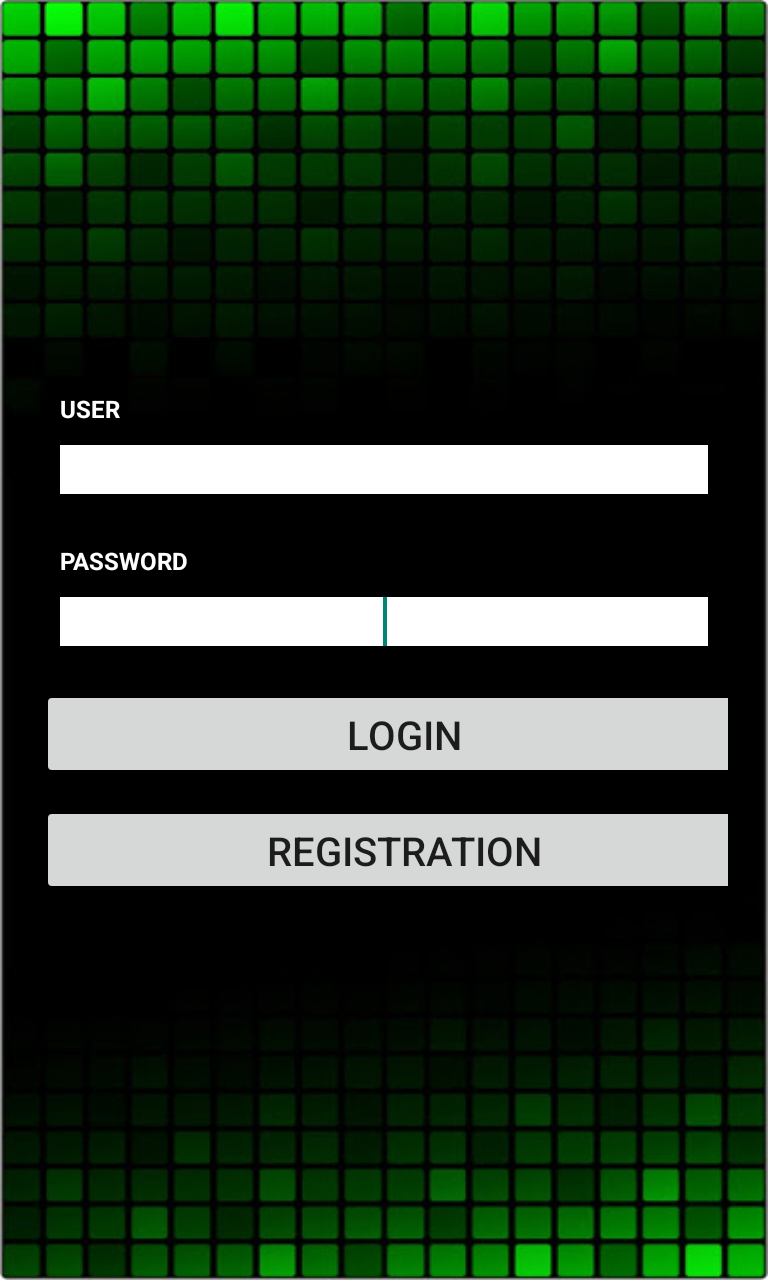
Repository: sebastianR1001/GeoApplication
Layout: GeoApplication/res/layout/login_fullscreen.xml
These files come from the project's save history. The layout is drawn as it stood at one moment and after the next save; the edit follows.
It is drawn on a 768 x 1280 px phone screen (xhdpi) without system bars, with theme AppTheme; the app's code is not run.

Above is the layout before, as saved 2014-10-31 23:19:31.

### GeoApplication/res/layout/login_fullscreen.xml
<FrameLayout xmlns:android="http://schemas.android.com/apk/res/android"
    xmlns:tools="http://schemas.android.com/tools"
    android:layout_width="match_parent"
    android:layout_height="match_parent"
    android:background="@drawable/tlo"
    tools:context="geo.geoapplication.LoginActivity" >

   <TextView
        android:layout_width="match_parent"
        android:layout_height="match_parent"
        android:gravity="center"
        android:keepScreenOn="true"
        android:textSize="50sp"
        android:textStyle="bold" />


   <TableLayout
        android:layout_width="wrap_content"
        android:layout_height="wrap_content"
        android:layout_gravity="center"
        android:orientation="vertical"
        android:layout_marginLeft="10dp"
        android:layout_marginRight="10dp"  >

        <TableRow
            android:id="@+id/tableRow1"
            android:layout_width="wrap_content"
            android:layout_height="wrap_content"
            >
            <LinearLayout
		        android:id="@+id/userLayout"
		        style="?metaButtonBarStyle"
		        android:layout_width="wrap_content"
		        android:layout_height="wrap_content"
		        android:layout_weight="5"
		        android:layout_marginLeft="10dp"
		        android:layout_marginRight="10dp"
		        android:background="@color/black_overlay"
		        android:orientation="vertical"
		        tools:ignore="UselessParent" >

			    <TextView
			        android:layout_width="match_parent"
			        android:layout_height="match_parent"
			        android:layout_marginTop="5dp"
			        android:layout_marginLeft="10dp"
			        android:text="@string/userText"
			        android:id="@+id/userText"
			        android:textColor="#ffffff"
			        android:textSize="12sp"
			        android:textStyle="bold" />

			    <EditText
			       android:id="@+id/userValue"
			       android:layout_width="match_parent"
			       android:layout_height="wrap_content"
			       android:gravity="center"
			       android:background="@color/white_overlay"
			       android:layout_marginRight="10dp"
		           android:layout_marginLeft="10dp"
			       android:layout_marginTop="10dp"
			       android:layout_marginBottom="10dp"
			       android:textColor="#000000"
			       android:ems="20" >

       				<requestFocus />
   				</EditText>
	        </LinearLayout>
        </TableRow>

        <TableRow
            android:id="@+id/tableRow2"
            android:layout_width="wrap_content"
            android:layout_height="wrap_content"
            android:layout_marginTop="10dp"
            >
            <LinearLayout
		        android:id="@+id/passwordLayout"
		        style="?metaButtonBarStyle"
		        android:layout_width="wrap_content"
		        android:layout_height="wrap_content"
		        android:layout_weight="5"
		        android:layout_marginLeft="10dp"
		        android:layout_marginRight="10dp"
		        android:background="@color/black_overlay"
		        android:orientation="vertical"
		        tools:ignore="UselessParent" >

			    <TextView
			        android:layout_width="match_parent"
			        android:layout_height="match_parent"
			        android:layout_marginTop="5dp"
			        android:layout_marginLeft="10dp"
			        android:text="@string/passwordText"
			        android:id="@+id/passwordText"
			        android:textColor="#ffffff"
			        android:textSize="12sp"
			        android:textStyle="bold" />

			    <EditText
			       android:id="@+id/passwordValue"
			       android:layout_width="match_parent"
			       android:layout_height="wrap_content"
			       android:gravity="center"
			       android:background="@color/white_overlay"
			       android:layout_marginRight="10dp"
		           android:layout_marginLeft="10dp"
			       android:layout_marginTop="10dp"
			       android:layout_marginBottom="10dp"
			       android:inputType="textPassword"
			       android:textColor="#000000"
			       android:ems="20" >

       				<requestFocus />
   				</EditText>
	        </LinearLayout>
        </TableRow>

        <TableRow
            android:id="@+id/tableRow3"
            android:layout_width="wrap_content"
            android:layout_height="wrap_content"
            android:layout_marginTop="10dp"
            android:layout_marginRight="10dp"
            >

            <Button
		        android:id="@+id/loginButton"
		        android:layout_width="wrap_content"
            	android:layout_height="wrap_content"
		        android:layout_marginLeft="10dp"
		        android:layout_marginRight="10dp"
		        android:textSize="20sp"
		        android:text="@string/loginButton" />
		</TableRow>

		<TableRow
            android:id="@+id/tableRow4"
            android:layout_width="wrap_content"
            android:layout_height="wrap_content"
            android:layout_marginTop="10dp"
            android:layout_marginRight="10dp"
            >

            <Button
		        android:id="@+id/newAccountButton"
		        android:layout_width="wrap_content"
            	android:layout_height="wrap_content"
		        android:layout_marginLeft="10dp"
		        android:layout_marginRight="10dp"
		        android:textSize="20sp"
		        android:text="@string/newAccountButton" />
		</TableRow>
    </TableLayout>
    <!--
         This FrameLayout insets its children based on system windows using
         android:fitsSystemWindows.
    -->

    <FrameLayout
        android:layout_width="match_parent"
        android:layout_height="match_parent"
        android:fitsSystemWindows="true" >

        <LinearLayout
            android:id="@+id/fullscreen_content_controls"
            style="?metaButtonBarStyle"
            android:layout_width="match_parent"
            android:layout_height="wrap_content"
            android:layout_gravity="bottom|center_horizontal"
            android:background="@color/black_overlay"
            android:orientation="horizontal"
            tools:ignore="UselessParent" >
        </LinearLayout>

        <requestFocus />


    </FrameLayout>


</FrameLayout>

### GeoApplication/res/values/strings.xml
<?xml version="1.0" encoding="utf-8"?>
<resources>

    <string name="app_name">GeoApplication</string>
    <string name="dummy_button">Dummy Button</string>
    <string name="dummy_content">DUMMY\nCONTENT</string>
    <string name="geo_application">GEO\nAPPLICATION</string>

    <string name="location">Location: ---</string>

    <string name="speedText">Speed</string>
    <string name="speed">0</string>
    <string name="speedUnit">km/h</string>

    <string name="time">0:00:00</string>
    <string name="timeText">Time</string>

    <string name="accuracy">Accuracy:</string>

    <string name="distance">0</string>
    <string name="distanceUnit">m</string>
    <string name="distanceText">Distance</string>

    <string name="altitude">0</string>
    <string name="altitudeUnit">AMSL</string>
    <string name="altitudeText">Altitude</string>

    <string name="last_fix">Last fix:</string>

    <string name="userText">USER</string>
    <string name="passwordText">PASSWORD</string>

    <string name="startButton">START</string>
    <string name="stopButton">STOP</string>
    <string name="resetButton">RESET</string>
    <string name="loginButton">LOGIN</string>
    <string name="newAccountButton">REGISTRATION</string>

    <string name="advancedText">ADVANCED</string>

</resources>

Loaded but not shown: GeoApplication/res/values/styles.xml (common file); GeoApplication/res/values-v11/styles.xml (common file); GeoApplication/res/values-v14/styles.xml (common file); GeoApplication/res/values/colors.xml (common file)

After the next save:
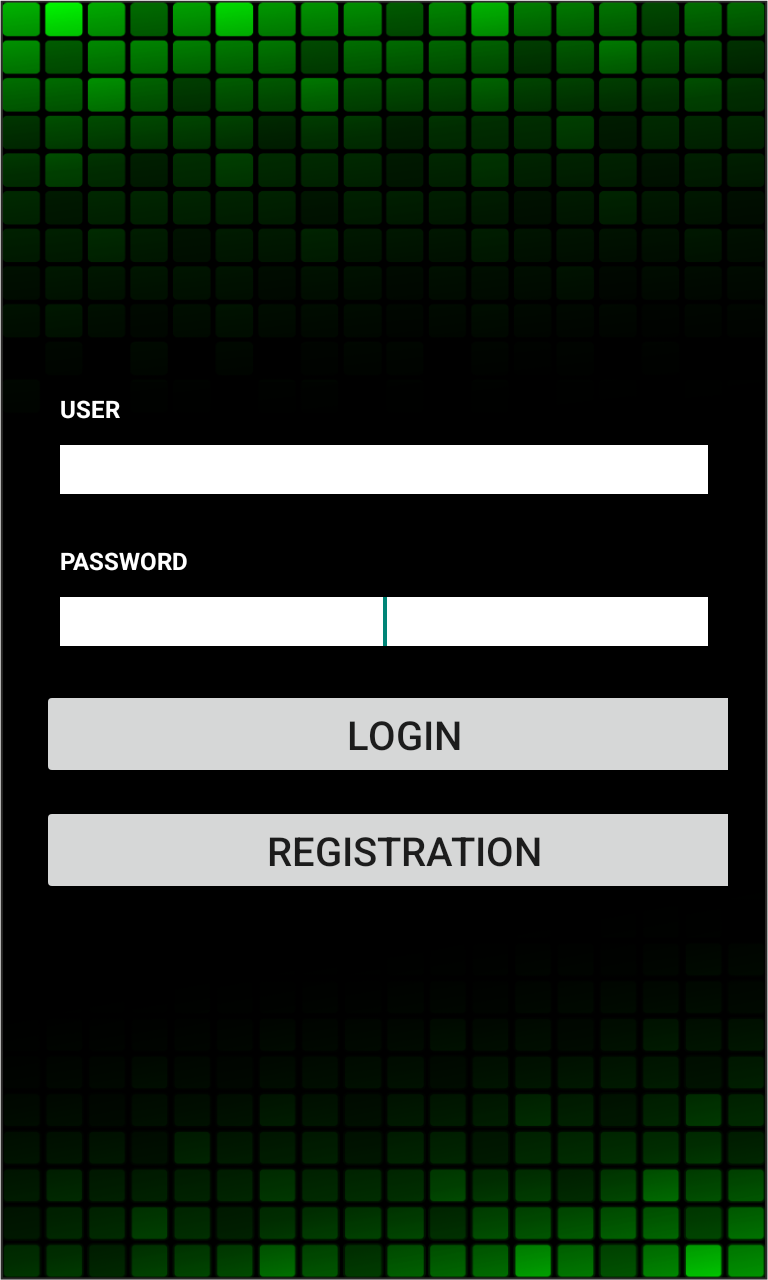
Saved 12 h 30 min later.
--- a/GeoApplication/res/layout/login_fullscreen.xml
+++ b/GeoApplication/res/layout/login_fullscreen.xml
@@ -2,7 +2,7 @@
     xmlns:tools="http://schemas.android.com/tools"
     android:layout_width="match_parent"
     android:layout_height="match_parent"
-    android:background="@drawable/tlo"
+    android:background="@drawable/alik"
     tools:context="geo.geoapplication.LoginActivity" >
 
    <TextView
